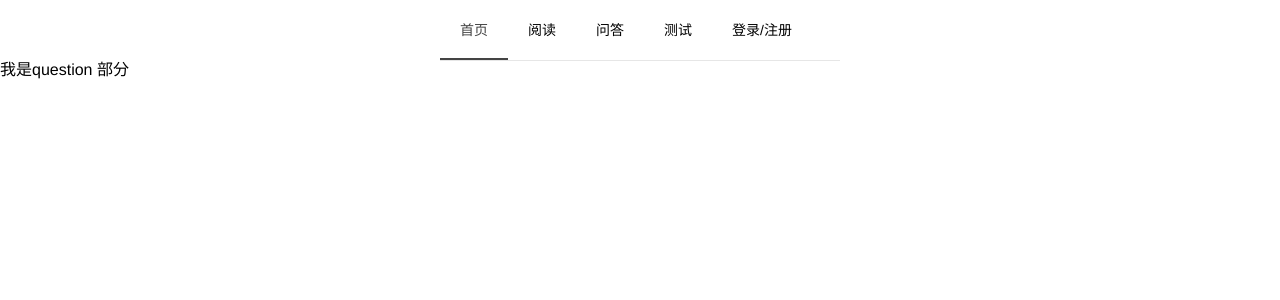
Repository: shengligo/xyx_vue_v1
Page: /qs
These files come from the project's save history. The page is drawn as it stood at one moment and after the next save; the edit follows.
The browser window is 1280 px wide. The pictures show the whole page.
The project was rebuilt for these pictures with package versions that can differ from the ones it lists, and the page was loaded fresh each time. Also part of the build but not shown: vue.config.js, src/views/home/childComps/Art.vue, src/views/author/authors.vue.

Above is the page before, as saved 2021-09-04 15:44:52.

After the next save:
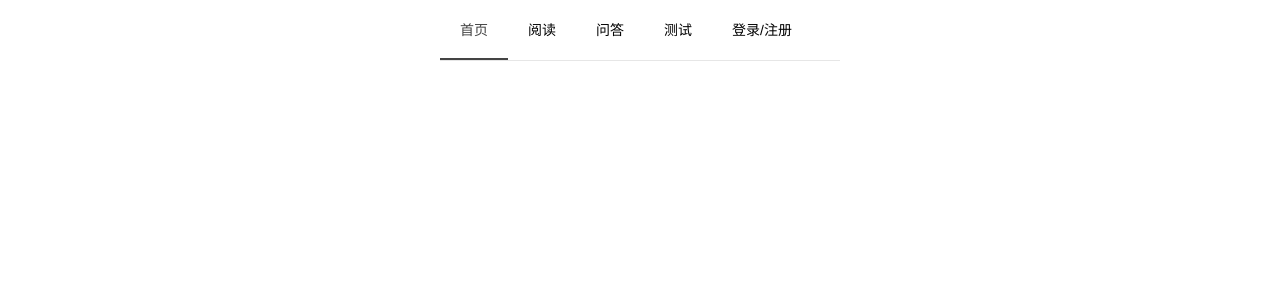
Saved 4 min 37 s later.
--- a/src/views/questions/Question.vue
+++ b/src/views/questions/Question.vue
@@ -1,6 +1,6 @@
 <template>
-  <div>
-    我是question 部分
+  <div id="question">
+
   </div>
 </template>
 
@@ -11,5 +11,8 @@ export default {
 </script>
 
 <style scoped>
-
+#question {
+  width: 60%;
+  background-color: rgb(243, 244, 245);
+}
 </style>
